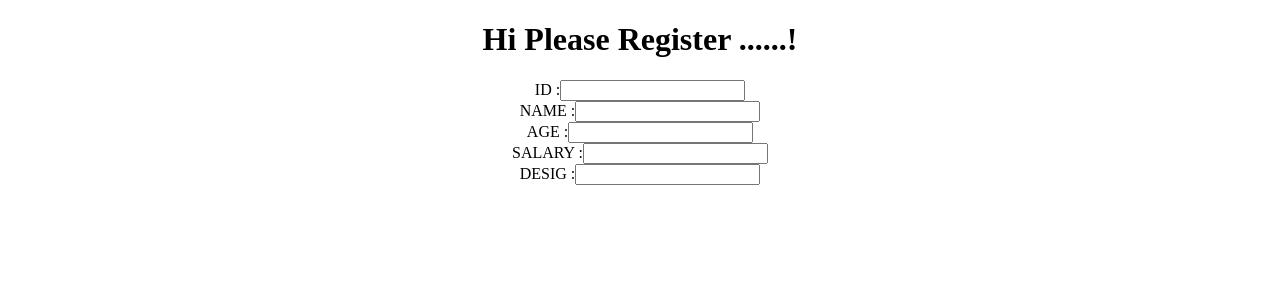
Repository: Thaneshwara848/E-Y
Page: Jdbc-Servlet-Jsp/Webemo5/src/main/webapp/Register.html
An editor plug-in stored every save of this project. The page is shown before and after a run of saves, followed by the edit.
The browser window is 1280 px wide. The pictures show the whole page.

Above is the page before, as saved 2023-05-22 04:39:54.

After the next 2 saves:
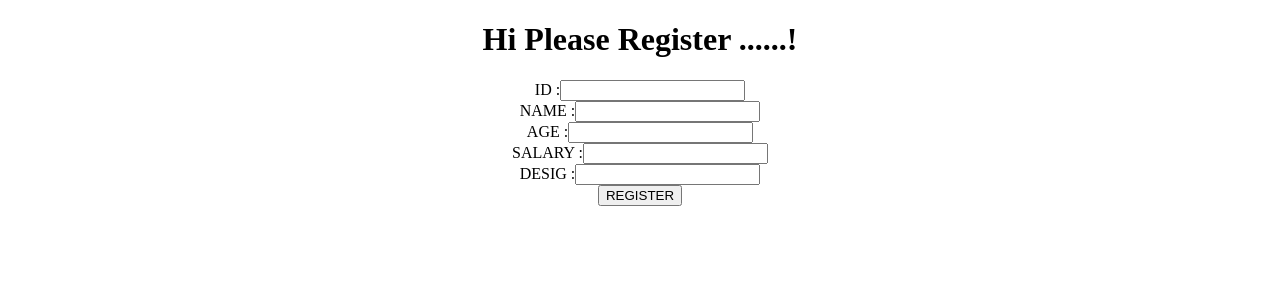
The 2 saves are shown as one change because they came seconds apart.
The last was saved 27 s later.
--- a/Jdbc-Servlet-Jsp/Webemo5/src/main/webapp/Register.html
+++ b/Jdbc-Servlet-Jsp/Webemo5/src/main/webapp/Register.html
@@ -15,6 +15,8 @@
 		SALARY :<input type="text"  name="usalary"><br>
 		DESIG  :<input type="text"  name="udesig"><br>
 
+		<input type="submit" value="REGISTER"><br>
+
 
 	</form>
 </div>
